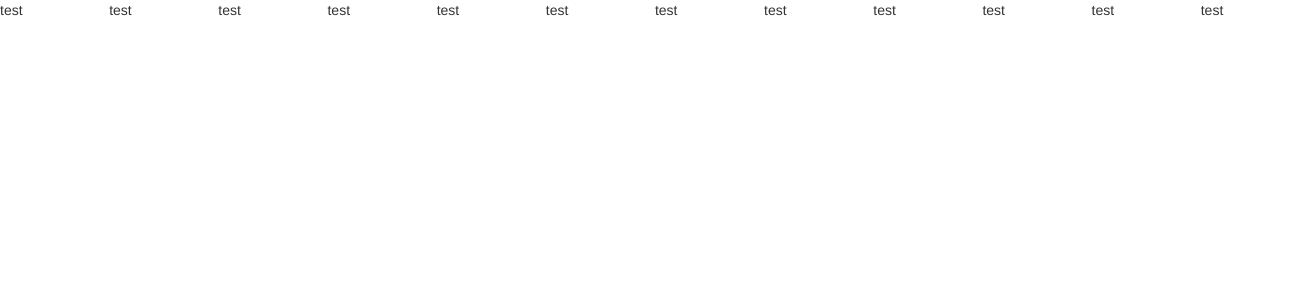
Repository: Umkimisstrong/UM_Webbb
Page: BootstrapApp/WebContent/BootEx07.html
An editor plug-in stored every save of this project. The page is shown before and after the next save, followed by the edit.
The browser window is 1280 px wide. The page is 1295 px wide, so the pictures cover 1295 px, including what lies to the right of the window. The pictures show the whole page.

Above is the page before, as saved 2022-05-16 03:46:04.

### BootstrapApp/WebContent/BootEx07.html
<!DOCTYPE html>
<html>
<head>
<meta charset="UTF-8">
<title>BootEx07.html</title>

<link rel="stylesheet" type="text/css" href="css/bootstrap.css">
<script type="text/javascript" src="http://code.jquery.com/jquery.min.js"></script>
<script type="text/javascript" src="js/bootstrap.min.js"></script>

</head>
<body>

<!--
	※ 그리드시스템 → 영역 분할 ▶ 기본 12 분할

	   사용할 클래스 『.col-xs』    『.col-sm』 『.col-md』 『.col-lg』

	   브라우저 크기   아주작은기기   작은기기   중간기기   큰기기

 -->

<div class="row">
	<div class="col-xs-1">test</div>
	<div class="col-xs-1">test</div>
	<div class="col-xs-1">test</div>
	<div class="col-xs-1">test</div>
	<div class="col-xs-1">test</div>
	<div class="col-xs-1">test</div>
	<div class="col-xs-1">test</div>
	<div class="col-xs-1">test</div>
	<div class="col-xs-1">test</div>
	<div class="col-xs-1">test</div>
	<div class="col-xs-1">test</div>
	<div class="col-xs-1">test</div>

</div>







</body>
</html>

Loaded but not shown: BootstrapApp/WebContent/css/bootstrap.css (library); BootstrapApp/WebContent/js/bootstrap.min.js (library)

After the next save:
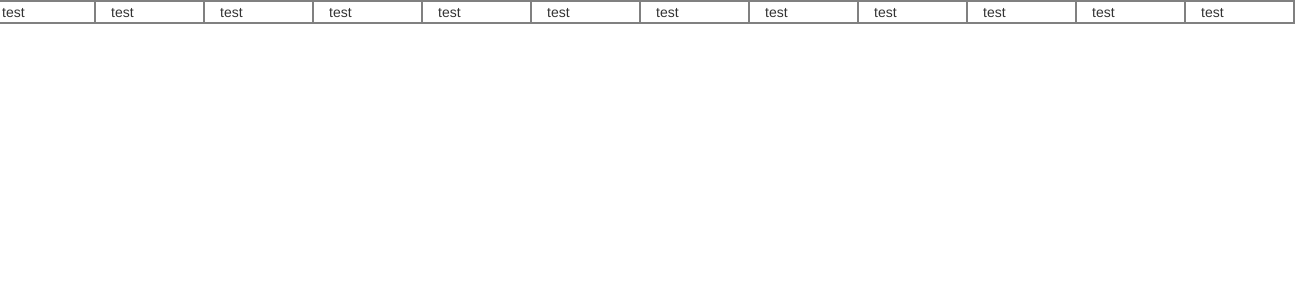
Saved 35 s later.
--- a/BootstrapApp/WebContent/BootEx07.html
+++ b/BootstrapApp/WebContent/BootEx07.html
@@ -3,7 +3,12 @@
 <head>
 <meta charset="UTF-8">
 <title>BootEx07.html</title>
-
+<style type="text/css">
+	div
+	{
+		border: 1px solid gray;
+	}
+</style>
 <link rel="stylesheet" type="text/css" href="css/bootstrap.css">
 <script type="text/javascript" src="http://code.jquery.com/jquery.min.js"></script>
 <script type="text/javascript" src="js/bootstrap.min.js"></script>
